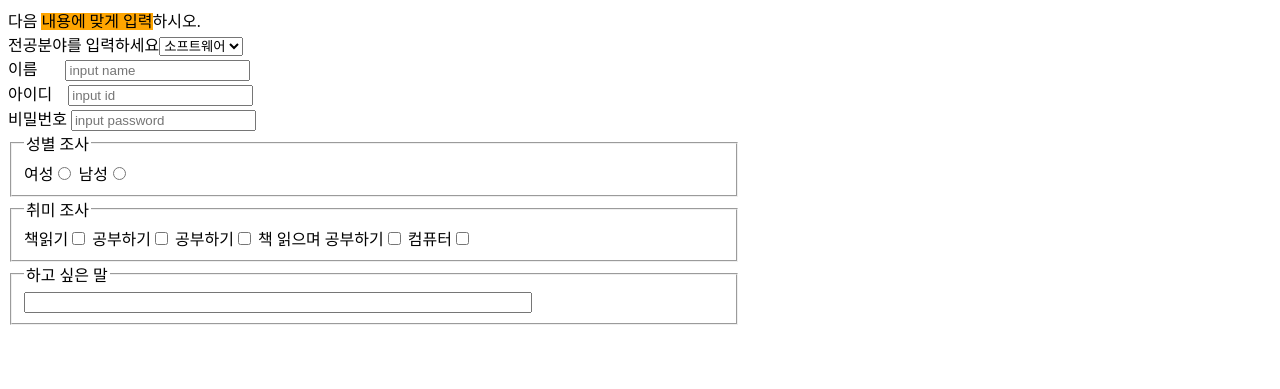
Repository: jwlee0714/HTML
Page: html/quiz-설문조사.html
An editor plug-in stored every save of this project. The page is shown before and after the next save, followed by the edit.
The browser window is 1280 px wide. The pictures show the whole page.

Above is the page before, as saved 2021-10-05 08:51:14.

### html/quiz-설문조사.html
<!DOCTYPE html>
<html>
<head>
<meta charset="UTF-8">
<title>Insert title here</title>
</head>
<body>

	<table align="left" bgcolor="white" width="700" >

	<tr>


	<div>
		<span >다음</span>
		<span style="background-color:orange;">내용에 맞게 입력</span>하시오.
	</div>

	<form method="get">
		전공분야를 입력하세요<select name ="select">
			<option value="p1">소프트웨어
			<option value="p2">하드웨어
			<option value="p3">정보공학<br>
		</select>
		<br>이름&nbsp; &nbsp; &nbsp; &nbsp;<input type="text" name ="name" placeholder="input name"><br>
		아이디 &nbsp; &nbsp;<input type="text" name ="id" placeholder="input id"><br>
		비밀번호 <input type="password" name="pwd" placeholder="input password"><br>
	</form>

</table>


<fieldset style="width:700px;">
		<legend>성별 조사 </legend>
		여성<input type="radio">
		남성<input type="radio">
</fieldset>
<fieldset style="width:700px;">
		<legend>취미 조사 </legend>
		책읽기<input type="checkbox">
		공부하기<input type="checkbox">
		공부하기<input type="checkbox">
		책 읽으며 공부하기<input type="checkbox">
		컴퓨터<input type="checkbox">
</fieldset>
<fieldset style="width:700px;">
		<legend>하고 싶은 말 </legend>
		<input style= width:500px; type="text">
</fieldset>



</body>
</html>

After the next save:
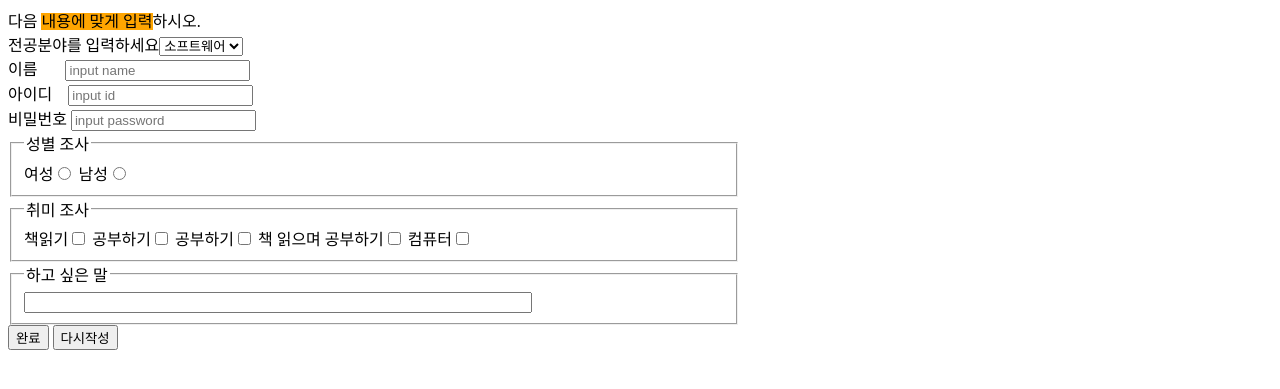
Saved 2 min 52 s later.
--- a/html/quiz-설문조사.html
+++ b/html/quiz-설문조사.html
@@ -48,7 +48,8 @@
 		<input style= width:500px; type="text">
 </fieldset>
 
-
+	<input type="submit" value="완료">
+	<input type="button" value="다시작성"><br>
 
 </body>
 </html>
